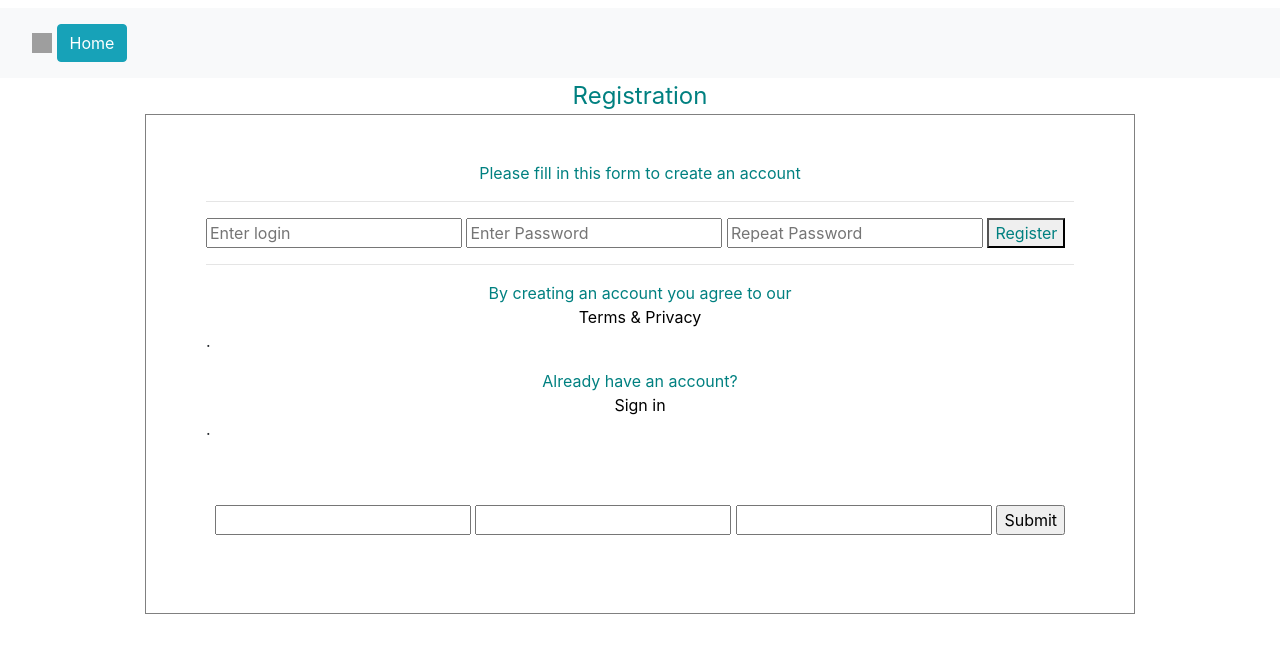
Repository: Serpaton/Work-place
Page: http://localhost/registration
The author's editor kept a copy of each file at every save. The page is drawn from the files as they stood at one save, then again after the next save.
The browser window is 1280 px wide. The pictures show the whole page.
Pictures or frames that could not be fetched are drawn as grey boxes. The page is this project's Thymeleaf template; nobody is signed in. The template is opened directly, without the code that normally fills it, so the values that code supplies are empty.

Above is the page before, as saved 2020-02-24 21:36:04.
Console error: TypeError: Cannot read properties of undefined (reading 'fn')

### My projects/NewsBlogg/NewsBlogg/src/main/resources/templates/registration.html
<!DOCTYPE html>
<html lang="en" xmlns:th="http://www.thymeleaf.org">
<head>
    <meta charset="utf-8">
    <meta name="viewport" content="width=device-width, initial-scale=1, shrink-to-fit=no">

    <title>Registration</title>

    <link rel="stylesheet" href="https://stackpath.bootstrapcdn.com/bootstrap/4.3.1/css/bootstrap.min.css"/>
    <link rel="stylesheet" th:href="@{/css/main.css}"/>
</head>

<body>

<nav class="navbar navbar-expand-lg navbar-light bg-light">
<a class="nav-link" href="first"><img src="https://image.flaticon.com/icons/svg/25/25680.svg" width="20" height="20" alt=""> <button type="button" class="btn btn-info">Home</button><span class="sr-only">(current)</span></a>

</nav>
<font color="#008080" size="+2"><div><center>Registration</center></div></a></font>


<table cellpadding="0" cellspacing="0" width="100%" height="100%">
  <tr>
    <td align="center">
      <table cellpadding="30" cellspacing="4" border="1">
        <tr>
          <td>
<main role="main" class="container">

<form action="action_page.php">
<div class="container">
<font color="#008080"><p><center>Please fill in this form to create an account</center></p></font>
<hr>


<input type="text" placeholder="Enter login" name="email" required>


<input type="password" placeholder="Enter Password" name="psw" required>


<input type="password" placeholder="Repeat Password" name="psw-repeat" required>

<button type="submit" class="registerbtn"><font color="#008080">Register</font></button>
<hr>

<p><font color="#008080"><center>By creating an account you agree to our </center><a href="#"></font><font color="#000000"><center>Terms & Privacy</center></font></a>.</p>
</div>

<div class="container signin">
<p><font color="#008080"><center>Already have an account? </center><a href="login"></font><font color="#000000"><center>Sign in</center></font></a>.</p>
</div>
</form>



    <div class="starter-template">
        <form th:action="@{/registration}" th:object="${request}" method="post">
        	<input type="text" name="name" th:field="*{name}"/>
        	<input type="text" name="login" th:field="*{login}"/>
        	<input type="password" name="password" th:field="*{password}"/>
        	<input type="submit"/>
        </form>

    </div>

</main>

<!-- /.container -->

<script type="text/javascript" src="https://stackpath.bootstrapcdn.com/bootstrap/4.3.1/js/bootstrap.min.js"></script>
</body>
</html>

### My projects/NewsBlogg/NewsBlogg/src/main/resources/static/css/main.css
body {
	padding-top: 0.5rem;
}
.starter-template {
	padding: 3rem 1.5rem;
	text-aling: center;
}
h1{
	color:#0000FF;
}
h2{
	color:#FF0000;
}

After the next save:
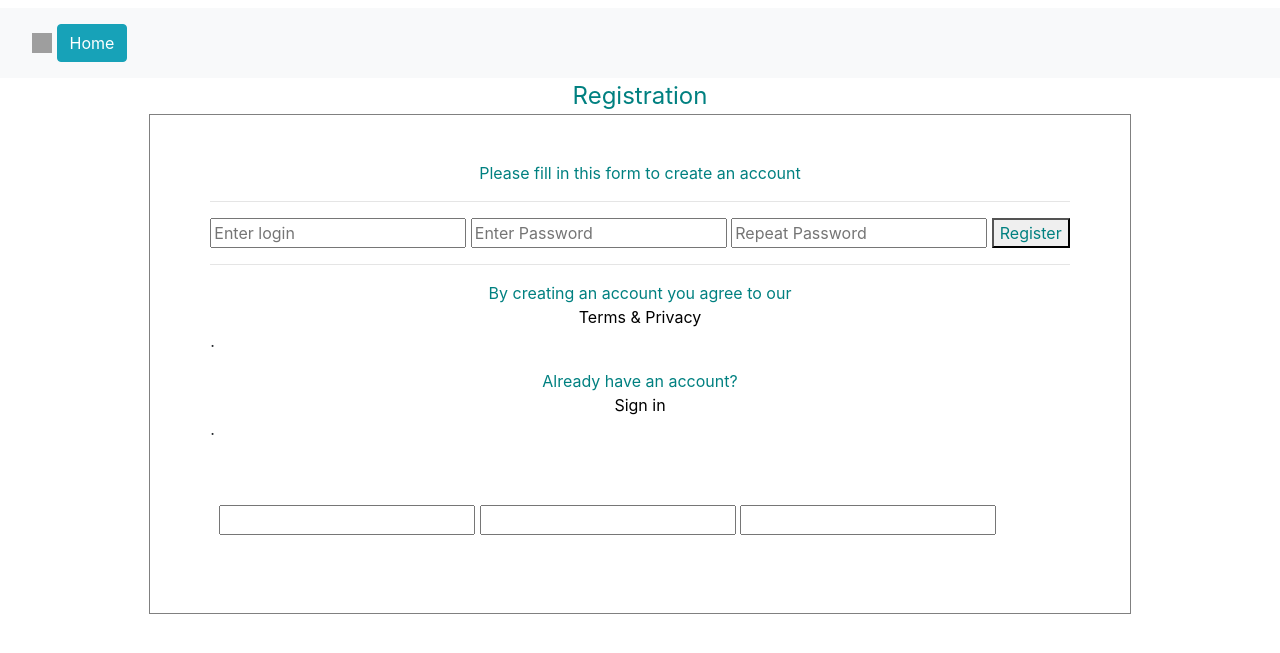
Saved 36 s later.
--- a/My projects/NewsBlogg/NewsBlogg/src/main/resources/templates/registration.html
+++ b/My projects/NewsBlogg/NewsBlogg/src/main/resources/templates/registration.html
@@ -59,7 +59,7 @@
         	<input type="text" name="name" th:field="*{name}"/>
         	<input type="text" name="login" th:field="*{login}"/>
         	<input type="password" name="password" th:field="*{password}"/>
-        	<input type="submit"/>
+
         </form>
 
     </div>
